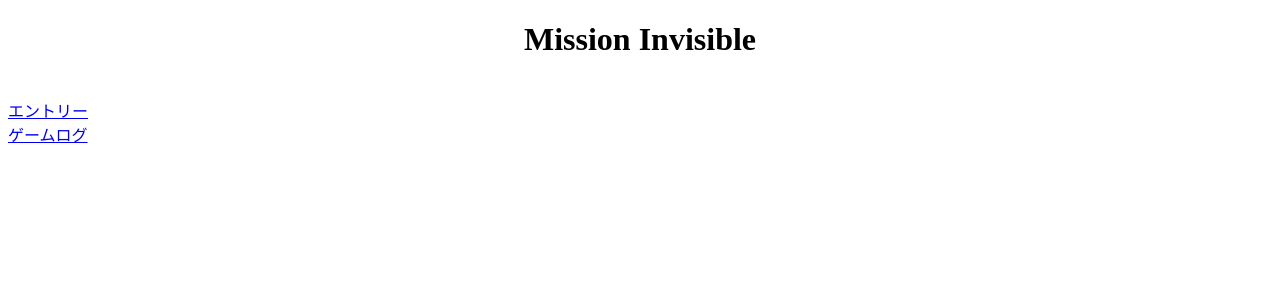
Repository: shoma2491/Mission_Invisible
Page: src/main/resources/static/index.html
An editor plug-in stored every save of this project. The page is shown before and after a run of saves, followed by the edit.
The browser window is 1280 px wide. The pictures show the whole page.

Above is the page before, as saved 2022-01-18 14:46:18.

### src/main/resources/static/index.html
<!DOCTYPE html>
<html>

<head>
  <meta charset="utf-8">
  <title>Mission Invisible</title>
</head>

<body>
  <h1 style="text-align:center">Mission Invisible</h1><br />
  <a href="/entry" style="text-align:center">エントリー</a><br/>
  <a href="/log" style="text-align:center">ゲームログ</a><br/>
</body>

</html>

After the next 2 saves:
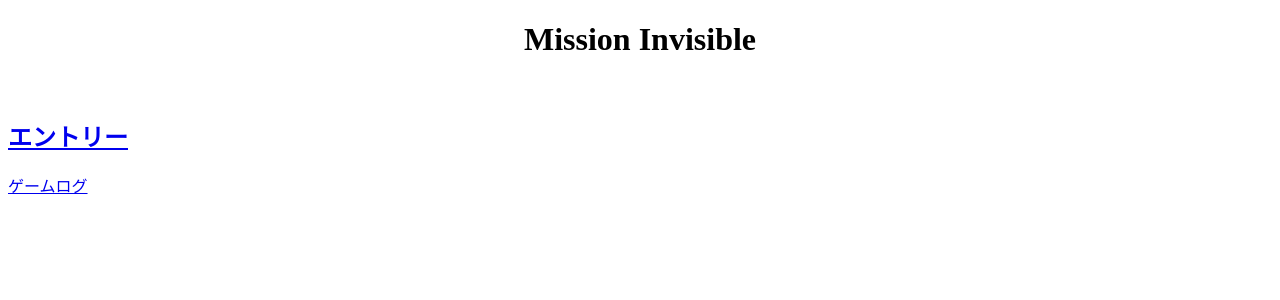
The 2 saves are shown as one change because they came seconds apart.
The last was saved 17 s later.
--- a/src/main/resources/static/index.html
+++ b/src/main/resources/static/index.html
@@ -8,7 +8,7 @@
 
 <body>
   <h1 style="text-align:center">Mission Invisible</h1><br />
-  <a href="/entry" style="text-align:center">エントリー</a><br/>
+  <h2><a href="/entry" style="text-align:center">エントリー</a><br/></h2>
   <a href="/log" style="text-align:center">ゲームログ</a><br/>
 </body>
 
